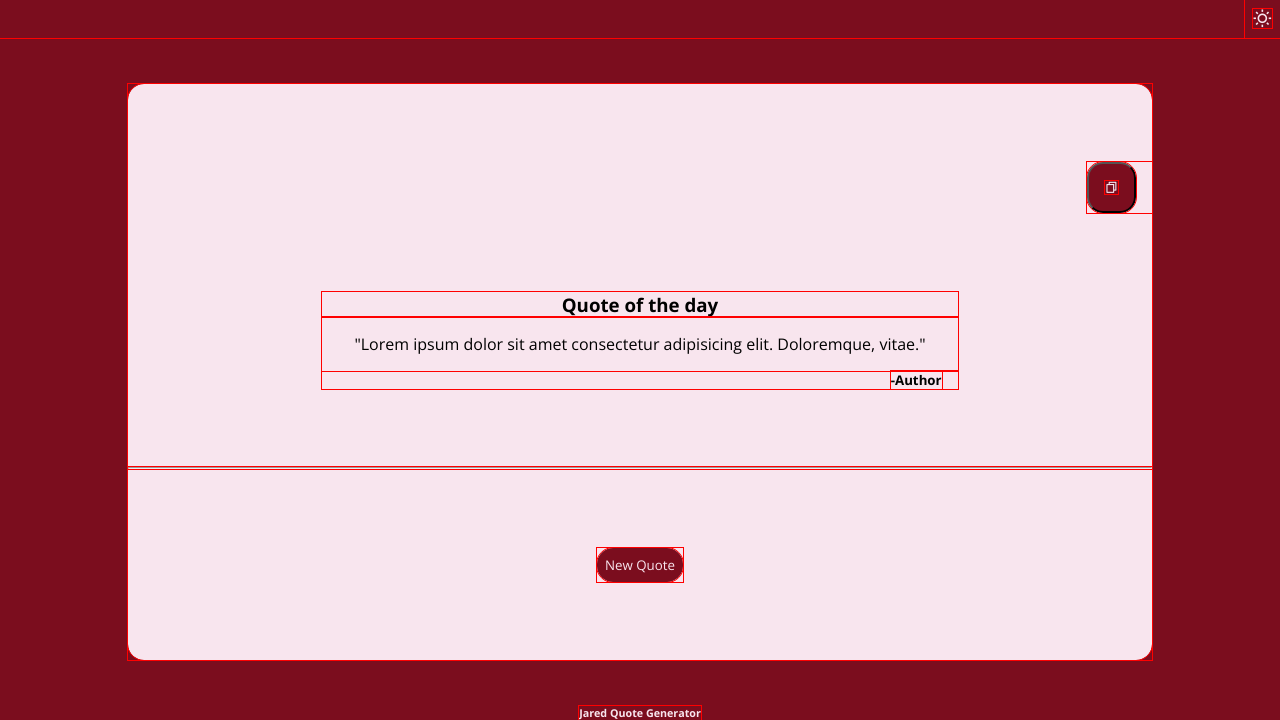
Repository: EguJaredoBoyd/Jared-Quote-Generator
Page: html/main.html
The author's editor kept a copy of each file at every save. The page is drawn from the files as they stood at one save, then again after the next save.
The browser window is 1280 px wide. The pictures show the whole page.
Some web libraries are served in a nearby version.

Above is the page before, as saved 2026-01-09 20:44:24.

After the next save:
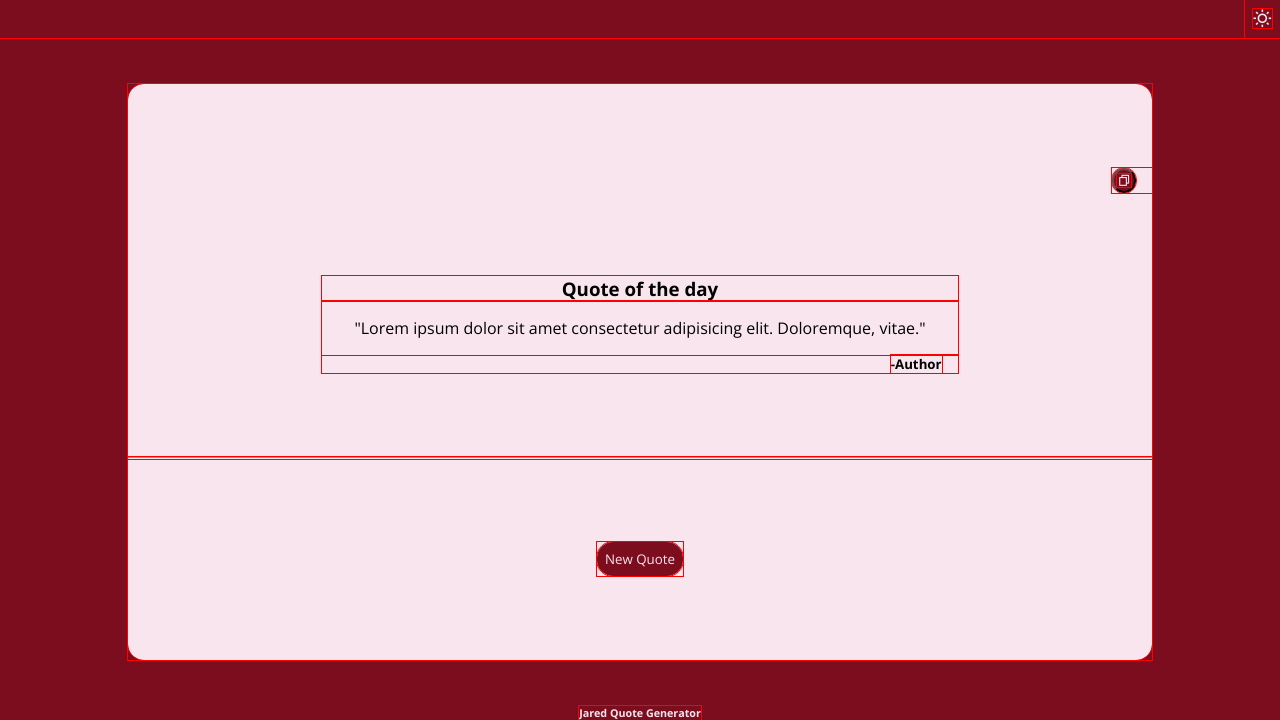
Saved 12 s later.
--- a/css/style.css
+++ b/css/style.css
@@ -72,7 +72,7 @@ header button {
   background-color: var(--button-color);
   color: var(--card-color);
   border-radius: 1rem;
-  padding: 1rem;
+  padding: 0.2rem;
 }
 
 .quote-container__quotes {
